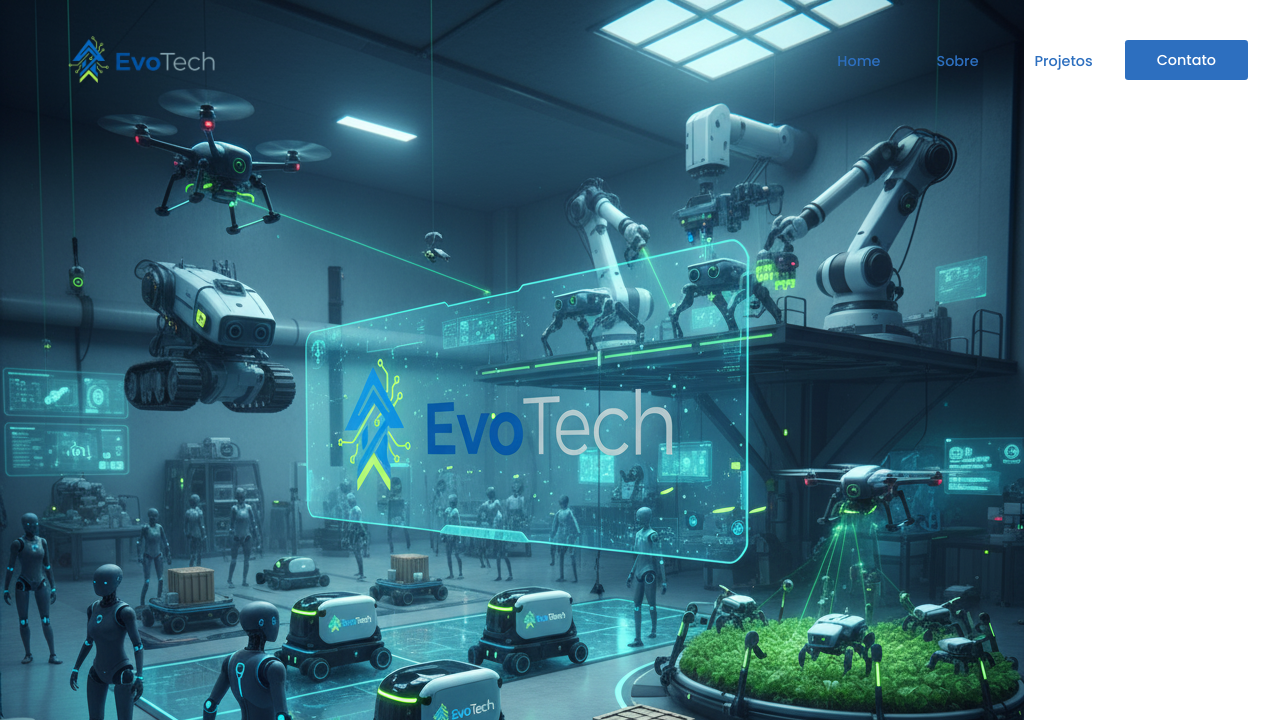
Repository: IsaacDEV10/EvoTech
Page: /
The author's editor kept a copy of each file at every save. The page is drawn from the files as they stood at one save, then again after the next save.
The browser window is 1280 px wide. The pictures show the whole page.
The project was rebuilt for these pictures with package versions that can differ from the ones it lists, and the page was loaded fresh each time. Also part of the build but not shown: vite.config.js, src/App.css.

Above is the page before, as saved 2025-10-19 13:37:12.

### index.html
<!doctype html>
<html lang="en">
  <head>
    <meta charset="UTF-8" />
    <link rel="icon" type="image/svg+xml" href="/vite.svg" />
    <meta name="viewport" content="width=device-width, initial-scale=1.0" />
    <title>startup</title>
  </head>
  <body>
    <div id="root"></div>
    <script type="module" src="/src/main.jsx"></script>
  </body>
</html>

### src/index.css
@import url('https://fonts.googleapis.com/css2?family=Poppins:ital,wght@0,100;0,200;0,300;0,400;0,500;0,600;0,700;0,800;0,900;1,100;1,200;1,300;1,400;1,500;1,600;1,700;1,800;1,900&display=swap');

* {
  font-family: "poppins", sans-serif;
  margin: 0;
  box-sizing: border-box;
}

body {
  background: #ffff ;

}

### src/App.jsx
import React from 'react';
import './App.css';
import Header from './components/Header/header';
import Hero from './components/Hero/hero';




const App = () => {
  return (
    <>
      <Header />
      <Hero />

    </>
  );
}

export default App;

### src/components/Header/header.jsx
import React from 'react'
import './Header.css'
import logo from '../../assets/evotech.png'


const Header = () => {
  return (
    <nav className='nav-wrapper'>
        <div className='nav-content'>
            <img className='logo' src={logo} alt="" />
            <ul>
                <li>
                    <a className='menu-item' href="">Home</a>
                </li>

                <li>
                    <a className='menu-item' href="">Sobre</a>
                </li>

                <li>
                    <a className='menu-item' href="">Projetos</a>
                </li>
                <button className='contact-btn'>Contato</button>
            </ul>
        </div>
    </nav>
  )
}

export default Header

### src/components/Hero/hero.jsx
import React from "react";
import "./hero.css";
import heroImage from "../../assets/bg-evotech.png";

const Hero = () => {
  return (
    <section className="hero-container" id="home">
        <div className="hero-content">
            <img src={heroImage} alt="hero" />
        </div>
    </section>
  );
};

export default Hero;

### src/components/Header/header.css
.nav-wrapper {
    width: 100%;
    height: 110px;
    background: none;
    padding: 5px;
    position: fixed;
    top: 0;
    z-index: 30;
}

.nav-content {
    max-width: 1300px;
    height: 120px;
    display: flex;
    align-items: center;
    justify-content: space-between;

}

.logo {
    width: 220px;
    height: auto;
}

.nav-content ul {
    display: flex;
    align-items: center;
    gap: 0.5rem;
    list-style: none;
}

.nav-content li {
    margin: 0 1.5rem;
}

.menu-item {
    text-decoration: none;
    font-size: 0.9rem;
    font-weight: 500;
    color: #2D6FBF;
    position: relative;
    cursor: pointer;
}

.menu-item::before {
    content: " ";
    width: 2rem;
    height: 0.2rem;
    background: #76F014;
    border-radius: 0.5rem;
    position: absolute;
    bottom: -0.6rem;
    opacity: 0;
    transform: translateX(-1.5rem);
    transition: all 0.3s ease;
}

.menu-item:hover::before {
    width: 100%;
    transform: translateX(0);
    opacity: 1;
}

.contact-btn {
    font-size: 0.9rem;
    font-weight: 500;
    display: flex;
    align-items: center;
    justify-content: center;
    color: #fff;
    background:#2D6FBF;
    padding: 0.6rem 2rem;
    border: none;
    outline: 1.5px solid transparent;
    border-radius: 0.2rem;
    cursor: pointer;
    transition: all 0.3s ease;
}

.contact-btn a {
    text-decoration: none;
    color: #fff;
}

.contact-btn:hover {
    color: black;
    background: #76F014;
    outline: 1.5px solid black;
}

.menu-btn {
    width: 2.5rem;
    height: 2.5rem;
    font-size: 1.5rem;
    display: flex;
    align-items: center;
    justify-content: center;
    color: #fff;
    border: none;
    border-radius: 0.4rem;
    background: linear-gradient(90deg, #6791fb 0%, #1e25ac 100%);
    line-height: 0;
    cursor: pointer;
    transition: all 0.4s ease;
    display: none;
}

.menu-btn:hover {
    color: #6791fb;
    background: #76F014;
    border: 1px solid transparent;
}

@media (max-width: 425px) {
    .logo {
        width: 100px;
        height: auto;
    }
    .nav-content ul {
        display: none;
        width: 100px;
    }
}

@media (max-width: 769px) {
    .menu-btn {
        display: block;
    }

    .nav-content ul {
        display: none;
        width: 100px;
    }
}

@media (max-width: 1325px) {
    .nav-wrapper {
        padding: 0 2rem;
    }
}

### src/components/Hero/hero.css
.hero-container {
    height: 100vh;
    overflow: hidden;
}

.img-full-cover {

    object-fit: cover;
}

Loaded but not shown: src/main.jsx (common file)

After the next save:
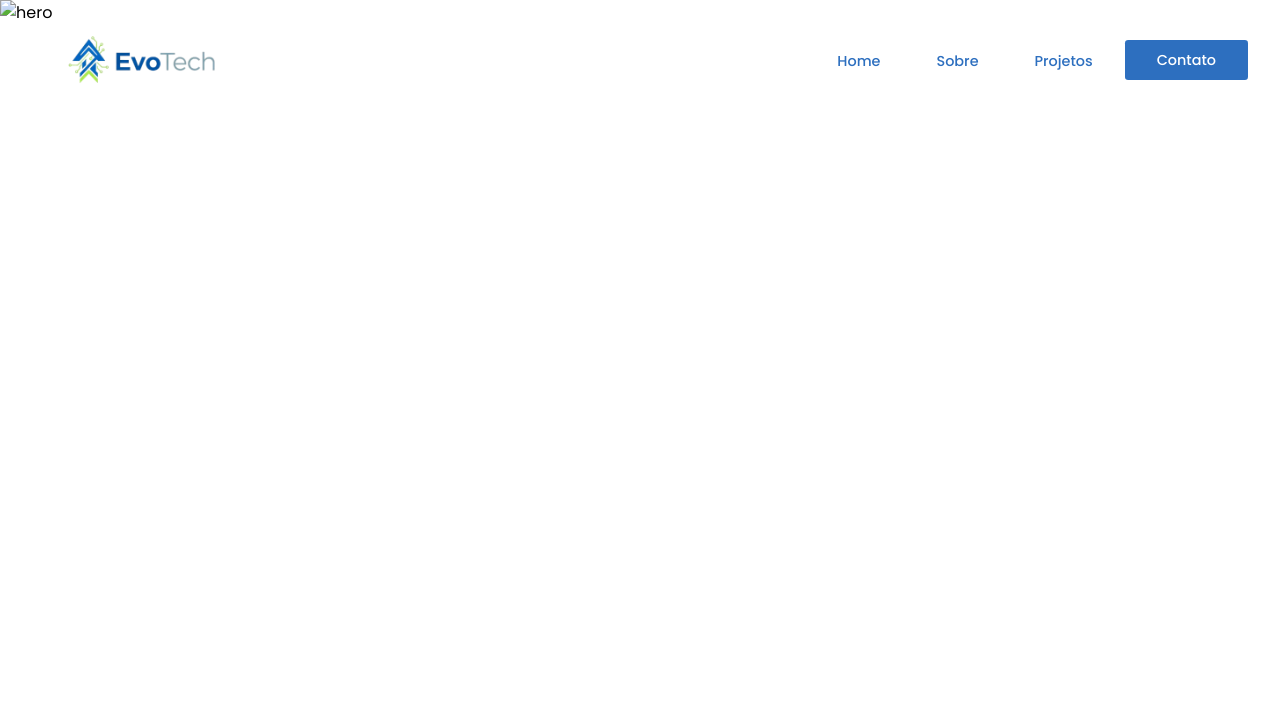
Saved 9 s later.
--- a/src/components/Hero/hero.jsx
+++ b/src/components/Hero/hero.jsx
@@ -6,7 +6,7 @@
   return (
     <section className="hero-container" id="home">
         <div className="hero-content">
-            <img src={heroImage} alt="hero" />
+            <img classNamesrc={heroImage} alt="hero" />
         </div>
     </section>
   );

After the 4 saves that followed:
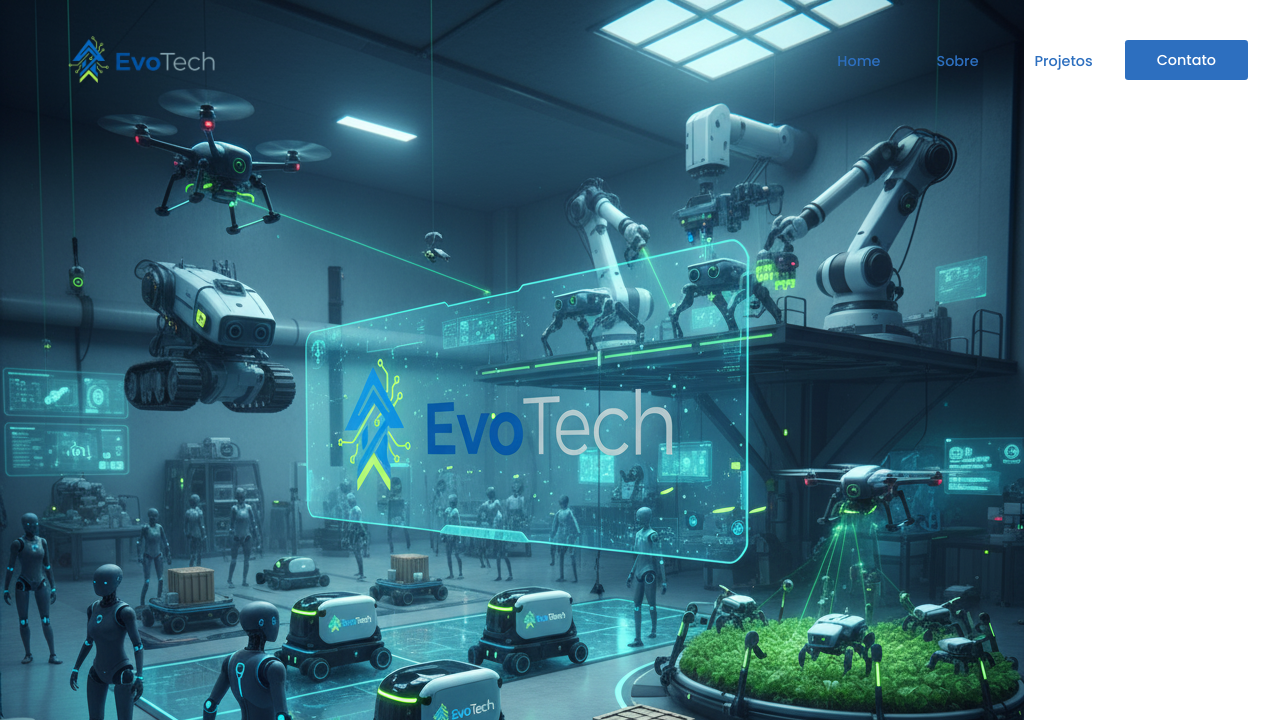
The 4 saves are shown as one change because they came seconds apart.
The last was saved 13 s later.
--- a/src/components/Hero/hero.jsx
+++ b/src/components/Hero/hero.jsx
@@ -6,7 +6,7 @@
   return (
     <section className="hero-container" id="home">
         <div className="hero-content">
-            <img classNamesrc={heroImage} alt="hero" />
+            <img className="img-bg" src={heroImage} alt="hero" />
         </div>
     </section>
   );
